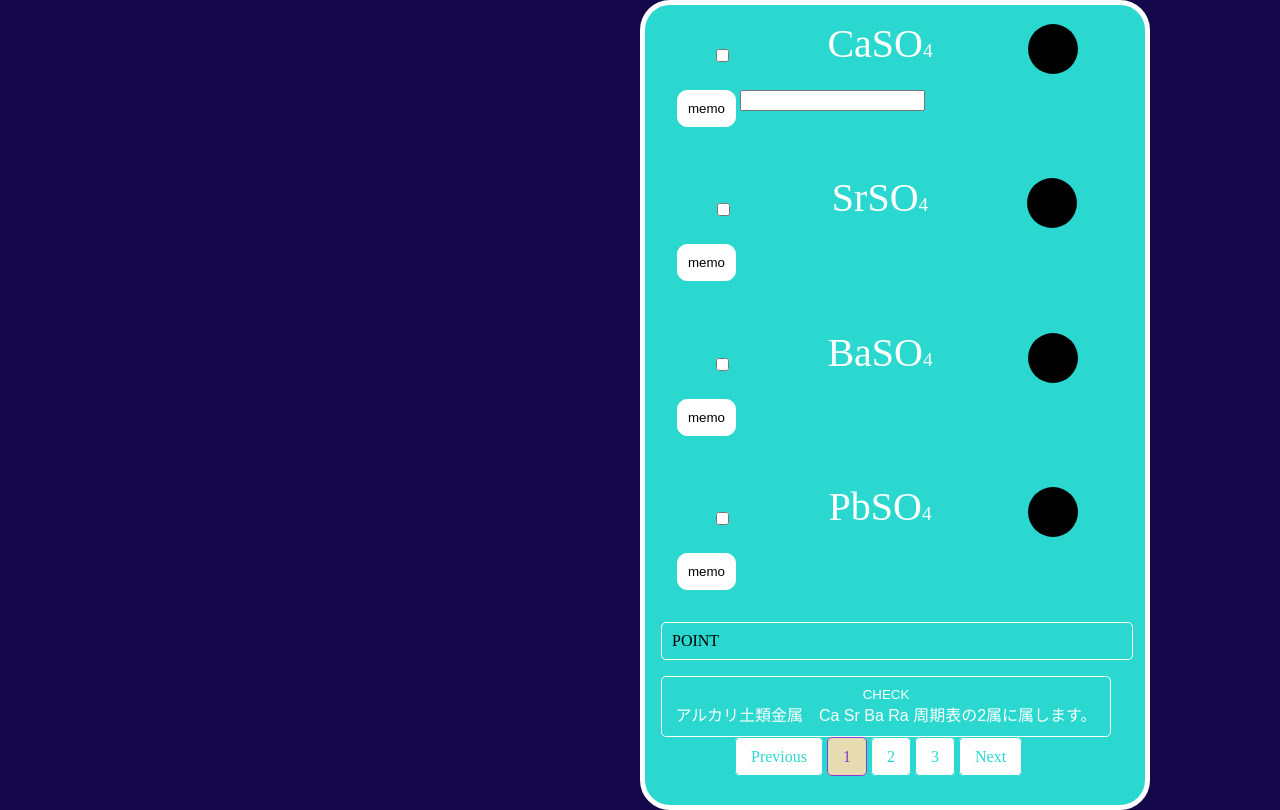
Repository: 1000sky/Inorganic_chemistry_application
Page: http://localhost/
These files come from the project's save history. The page is drawn as it stood at one moment and after the next save; the edit follows.
The browser window is 1280 px wide. The pictures show the whole page.
After loading, the first visible `input.button` was clicked once.
The page is served by the project's Laravel application, run on PHP 8.4 with Laravel 8.

Above is the page before, as saved 2022-07-18 17:43:14.

After the next save:
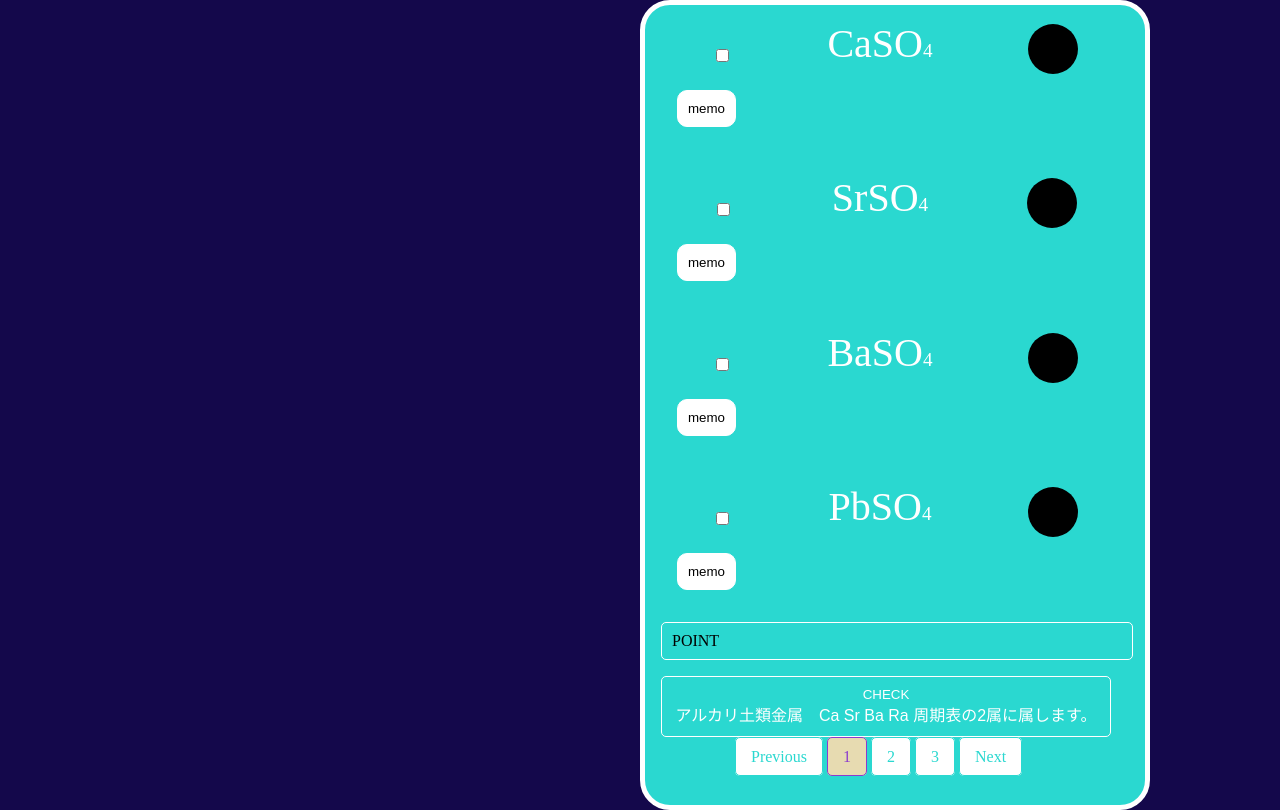
Console error: SyntaxError: Unexpected token '}'
Saved 42 s later.
--- a/application/resources/views/index.blade.php
+++ b/application/resources/views/index.blade.php
@@ -102,7 +102,8 @@
 
            check.style.visibility = "hidden";
         }else{
-           check.style.visibility = "visible"
+           check.style.visibility = "visible",
+           check1.style.visibility = "hidden",
         }
 
       }

After the 2 saves that followed:
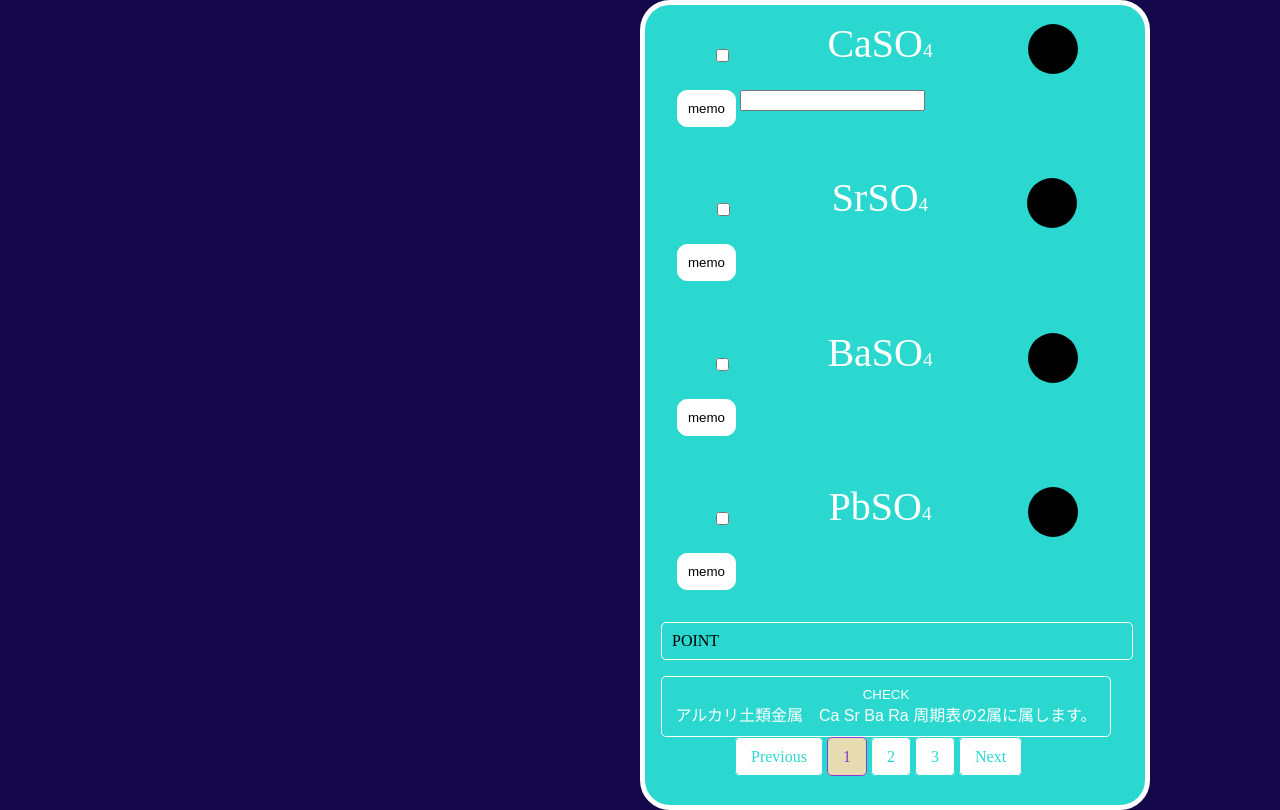
The error is gone.
The 2 saves are shown as one change because 1 left the picture as it was.
The last was saved 2 min 4 s later.
--- a/application/resources/views/index.blade.php
+++ b/application/resources/views/index.blade.php
@@ -101,9 +101,13 @@
          if(check.style.visibility=="visible"){
 
            check.style.visibility = "hidden";
+
         }else{
-           check.style.visibility = "visible",
-           check1.style.visibility = "hidden",
+           check.style.visibility = "visible";
+           check1.style.visibility = "hidden";
+
+
+
         }
 
       }
